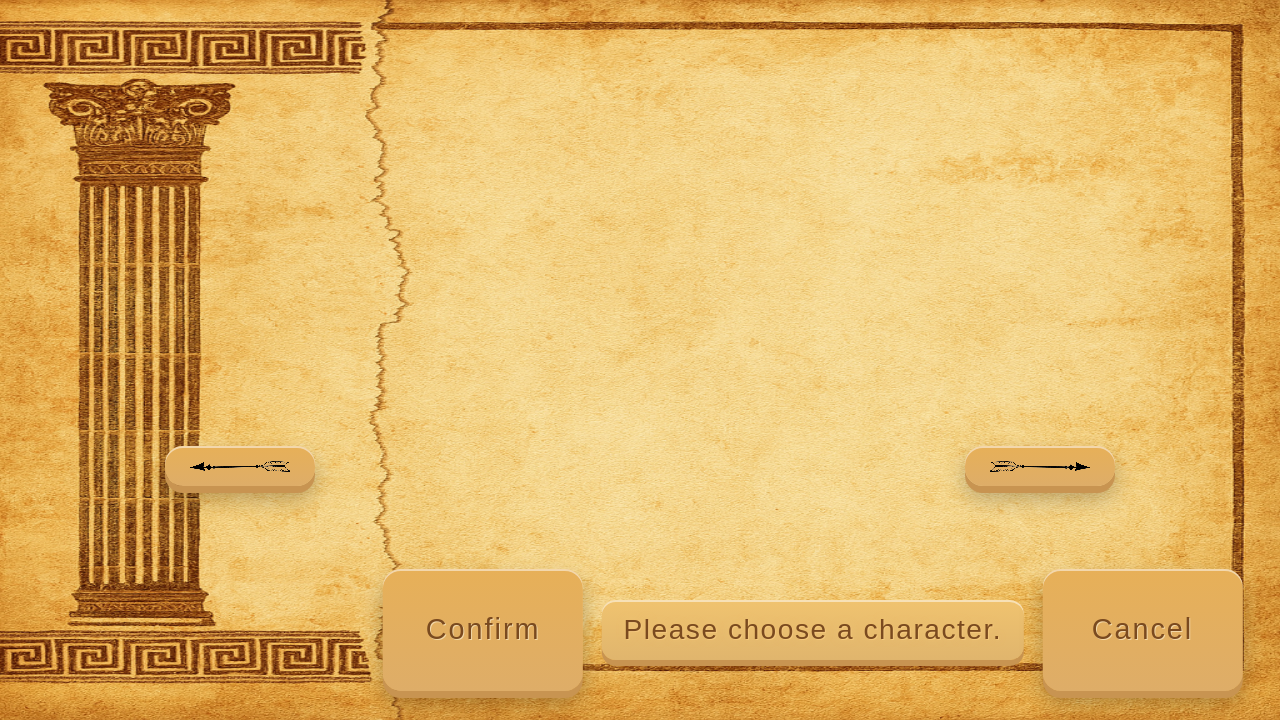
Repository: brianabariteau/Web-1-Final-Project-2025
Page: features/character-selection/character-selection.html
An editor plug-in stored every save of this project. The page is shown before and after the next save, followed by the edit.
The browser window is 1280 px wide. The pictures show the whole page.
The page's requests for data from a server got no answer. Some web fonts or font styles are not loaded; a fallback is used.

Above is the page before, as saved 2025-12-21 23:56:21.

### features/character-selection/character-selection.html
<!DOCTYPE html>
<html lang="en">
  <head>
    <meta charset="UTF-8" />
    <meta name="viewport" content="width=device-width, initial-scale=1.0" />
    <title>Player Selection</title>
    <link
      rel="icon"
      type="image/x-icon"
      href="../../assets/characters/zeus.png"
    />
    <link rel="stylesheet" href="./character-selection.css" />
    <script type="module" src="./character-selection.js" defer></script>
    <script
      src="https://code.jquery.com/jquery-3.7.1.min.js"
      integrity="sha256-/JqT3SQfawRcv/BIHPThkBvs0OEvtFFmqPF/lYI/Cxo="
      crossorigin="anonymous"
    ></script>
    <link
      href="https://fonts.googleapis.com/css2?family=Jersey+25&display=swap"
      rel="stylesheet"
    />
  </head>
  <body></body>
</html>

### features/character-selection/character-selection.css
/* -- General Page Layout -- */

body {
  margin: 0;
  padding: 0;
  width: 100vw;
  height: 100vh;
  overflow: hidden;

  display: flex;
  justify-content: center;
  align-items: center;

  position: relative;
  font-family: "Press Start 2P", monospace;
}

/* Full-screen background */
.background {
  position: absolute;
  inset: 0;
  width: 100%;
  height: 100%;
  z-index: -1;
}

/* -- Character Selector Grid [avatar1/2/3] -- */

.character-row {
  /*display: flex;
  justify-content: center;
  align-items: center;
  gap: 1rem;

  position: absolute;
  top: 10%;
  width: 100%;*/
  display: flex;
  justify-content: center;
  align-items: center;
  gap: 1rem;
  width: 100%;
  position: relative; /* not absolute */
}

/* All avatar boxes */
.avatar1,
.avatar2,
.avatar3 {
  /*width: 340px;
  height: 450px;*/
  width: min(28vw, 370px); /* 28% of viewport width, max 340px */
  height: min(28vw, 440px);

  background: transparent;
  border: none;
  padding: 0;

  position: relative;
  cursor: pointer;
  transition: transform 120ms ease;
}

.avatar1:hover,
.avatar2:hover,
.avatar3:hover {
  transform: scale(1.05);
}

/* The decorative box asset */
.background-boxes {
  position: absolute;
  inset: 0;
  width: 100%;
  height: 100%;
  object-fit: fill;
  z-index: 0;
  pointer-events: none;
}

/* If later you put the character image inside an avatar */
.player-avatar {
  position: relative;
  z-index: 1;
  width: 140px;
  height: auto;
  image-rendering: pixelated;
}

/* Info inside the avatar (optional) */
.player-info {
  position: relative;
  z-index: 2;
  color: brown;
  text-shadow: 2px 2px #000;
  font-size: 14px;
  text-align: left;
  margin-left: 10px;
}

/* ───────────── SCROLL ARROWS ABOVE TEXT BOX ───────────── */

.scroll-arrows {
  width: min(200vw, 950px); /* narrower than full screen */
  margin: 0 auto;
  display: flex;
  justify-content: space-between; /* left arrow on left, right arrow on right */
  align-items: center;

  padding: 0 5vw; /* adjusts how far arrows sit from edges */
  position: relative;
  z-index: 15;
  gap: 8rem;
}

/* =========================
   ARROW BUTTON BASE
========================= */
.left-arrow,
.right-arrow {
  width: 150px;
  height: 40px;

  background: linear-gradient(to bottom, #e7b058, #dead68);
  border-radius: 18px;
  border: none;

  display: flex;
  align-items: center;
  justify-content: center;

  cursor: pointer;

  box-shadow: inset 0 2px 0 rgba(255, 255, 255, 0.5), 0 7px 0 #c89451,
    0 12px 22px rgba(0, 0, 0, 0.25);

  transition: transform 0.15s ease, box-shadow 0.15s ease, filter 0.15s ease;
}

.left-arrow:hover,
.right-arrow:hover {
  filter: brightness(1.05);

  box-shadow: inset 0 2px 0 rgba(255, 255, 255, 0.6), 0 7px 0 #c89451,
    0 0 18px rgba(255, 210, 130, 0.7), 0 0 36px rgba(255, 200, 100, 0.4);
}

.left-arrow:active,
.right-arrow:active {
  transform: translateY(5px);

  box-shadow: inset 0 2px 0 rgba(255, 255, 255, 0.4), 0 3px 0 #c89451;
}

.arrowImg {
  width: 100px;
  height: auto;
  image-rendering: pixelated;
  pointer-events: none;
}

.switch-characters {
  display: flex;
  flex-direction: column;
  align-items: center;
  gap: 1rem; /* space between avatars and arrows */

  width: min(90vw, 1200px);
  position: absolute;
  top: 10%;
  width: 100%;
}

/* Every stat becomes a tooltip target */
.stat {
  position: relative;
  cursor: help;
}

/* Tooltip bubble */
.stat:hover::after {
  content: attr(data-info);
  position: absolute;
  left: 50%;
  bottom: 120%;
  transform: translateX(-50%);

  width: max-content;
  max-width: 220px;

  background: rgba(0, 0, 0, 0.9);
  color: white;
  padding: 8px 10px;
  border-radius: 6px;
  font-size: 10px;
  line-height: 1.2;
  text-shadow: none;

  pointer-events: none;
  z-index: 999;
}

/* Tooltip arrow */
.stat:hover::before {
  content: "";
  position: absolute;
  left: 50%;
  bottom: 110%;
  transform: translateX(-50%);

  border-width: 6px;
  border-style: solid;
  border-color: rgba(0, 0, 0, 0.9) transparent transparent transparent;

  z-index: 998;
}

/* ───────────── TEXT BOX (your .box image) ───────────── */

.bottom-panel {
  position: absolute;
  /*bottom: -3%;  how far from bottom of screen */
  bottom: 4%;
  left: 60%;
  /*transform: translateX(-30%);  center horizontally */
  transform: translateX(-45%);

  width: min(70vw, 900px);
  /*width: 40%;  adjust width as needed */
  /*max-width: 900px; */

  display: grid;
  grid-template-columns: 1fr auto 1fr; /* left | center | right */
  align-items: center;
  justify-items: center;
  margin: 0;

  z-index: 10;
}

.box {
  font-size: clamp(1.4rem, 2.2vw, 2rem);
  color: #7a4a1f;
  letter-spacing: 1.5px;

  text-shadow: 1px 1px 0 #f4c87d, 0 0 8px rgba(255, 210, 130, 0.35);

  background: linear-gradient(to bottom, #f0c36f, #e0b56d);
  padding: 14px 22px;
  border-radius: 14px;

  box-shadow: inset 0 2px 0 rgba(255, 255, 255, 0.5), 0 6px 0 #c89451;

  pointer-events: none;
}

/* ───────────── CONFIRM + CANCEL BUTTONS ───────────── */

.button-left,
.button-right {
  display: flex;
  justify-content: center;
  align-items: center;
}

.buttons {
  display: flex;
  gap: 0rem; /* spacing between confirm/cancel */
  position: relative; /* NOT absolute */
  z-index: 10;
}

.confirm,
.cancel {
  min-width: 200px;
  padding: 16px 30px;

  background: linear-gradient(to bottom, #e7b058, #dead68);
  border: none;
  border-radius: 18px;

  cursor: pointer;

  box-shadow: inset 0 2px 0 rgba(255, 255, 255, 0.5), 0 7px 0 #c89451,
    0 12px 22px rgba(0, 0, 0, 0.25);

  transition: transform 0.15s ease, box-shadow 0.15s ease, filter 0.15s ease;
}

.confirm p,
.cancel p {
  font-size: 1.8rem;
  letter-spacing: 2px;
  color: #7a4a1f;

  text-shadow: 1px 1px 0 #f3d8a8;
}

.confirm:hover,
.cancel:hover {
  filter: brightness(1.05);

  box-shadow: inset 0 2px 0 rgba(255, 255, 255, 0.6), 0 7px 0 #c89451,
    0 0 18px rgba(255, 210, 130, 0.7), 0 0 36px rgba(255, 200, 100, 0.4);
}

.confirm:active,
.cancel:active {
  transform: translateY(5px);

  box-shadow: inset 0 2px 0 rgba(255, 255, 255, 0.4), 0 3px 0 #c89451;
}

/* Position them near bottom-right like your drawing */
.cancel {
  right: 10%;
}

/* ───────────── CHARACTERS ───────────── */
.character {
  position: relative;
  z-index: 10; /* ensures text appears above the background box */
  color: rgb(133, 74, 18);
  justify-items: center;
  text-align: center;
  display: flex;
  object-fit: contain;
  /*padding: 12px 20px;*/
  padding-top: 50px;
  width: 100%;
  height: 100%;
  font-family: "Press Start 2P", monospace; /* matches your game font */
  text-shadow: 2px 2px 0px #ffffff; /* retro look */
}

.inner-character {
  width: 100%; /* smaller than full box so borders show */
  height: 70%; /* keep some space top/bottom */
  padding: 0.4rem; /* small internal padding */
  box-sizing: border-box;

  display: flex;
  flex-direction: column;
  align-items: center;
  justify-content: flex-start;
  gap: 0.1rem; /* tiny gaps between lines */

  overflow-y: auto; /* <-- important: scroll if too tall */
  scrollbar-width: none;
  -ms-overflow-style: none;
}
.character-inner::-webkit-scrollbar {
  display: none;
}

.character-inner h3 {
  margin: 0 0 4px 0;
  font-size: clamp(12px, 1.3vw, 16px);
}

.character-inner p {
  margin: 1px 0;
  font-size: clamp(10px, 1.1vw, 13px);
  line-height: 1.1;
}

/* Smaller sprite so it doesn't eat all vertical space */
.character-inner .character-img {
  width: 90px;
  height: auto;
  margin-bottom: 6px;
}

.character h3 {
  margin: 0 0 10px 0;
  /*font-size: 18px;*/
  font-size: clamp(14px, 1.6vw, 18px);
  letter-spacing: 1px;
}

.character p,
.powers-list {
  font-size: clamp(12px, 1.3vw, 14px);
}

.character p {
  margin: 3px 0;
  /*font-size: 14px;*/
  line-height: 1.2;
}

.powers-list {
  margin: 4px 0 0 16px;
  padding: 0;
  list-style-type: none;
  /*font-size: 14px;*/
}

.character-img {
  display: block;
  margin: 0 auto 10px auto; /* center horizontally + space underneath */
  width: 120px; /* adjust size */
  height: auto;
  image-rendering: pixelated;
  z-index: 5;
  pointer-events: none;
  background: transparent;
}

@media (max-width: 900px) {
  .character-row {
    flex-direction: column;
    top: 4%;
    gap: 0.5rem;
  }

  .avatar1,
  .avatar2,
  .avatar3 {
    width: 80vw;
  }
}

@media (max-width: 900px) {
  .bottom-panel {
    bottom: 2%;
    width: 90vw;
    grid-template-columns: auto;
    row-gap: 0.5rem;
  }

  .buttonImg {
    width: 120px;
  }
}

@media (max-width: 600px) {
  .arrowImg {
    width: 80px;
  }

  .scroll-arrows {
    gap: 1.5rem;
    bottom: 30%;
  }
}

@media (max-width: 600px) {
  .confirm,
  .cancel {
    min-width: 160px;
    padding: 14px 22px;
  }

  .confirm p,
  .cancel p {
    font-size: 1.4rem;
  }

  .box {
    font-size: 1.3rem;
  }
}

@media (max-width: 600px) {
  .left-arrow,
  .right-arrow {
    width: 70px;
    height: 70px;
  }

  .arrowImg {
    width: 32px;
  }
}

/* UI elements use same font as Start / Mode pages */
.confirm,
.cancel,
.box {
  font-family: "Jersey 25", sans-serif;
}

### features/character-selection/character-selection.js
"use strict";

import { fetchCharacters } from "../../services/character-api.js";
import { sortCharacters } from "../../utils/character-sorters.js";
let singlePlayer = localStorage.getItem("single player");
let multiPlayer = localStorage.getItem("multiplayer");

let characters = [];
let currentIndex = 0;

// * Player selection stuff
let selectedPlayer = null;

// * The Background Image
const background = $("<img>")
  .addClass("background")
  .attr("src", "./assets/parchment-background.png")
  .attr("alt", "Background");

// * Characters
function renderCharacters(character) {
  let powersList = "";

  if (Array.isArray(character.powers) && character.powers.length > 0) {
    for (const power of character.powers) {
      powersList += `<li>${power}</li>`;
    }
  } else {
    powersList = `<li>No Powers</li>`;
  }

  return `
    <div class="character">
      <div class="inner-character">
        <img class="character-img" src="${character.imgSrc}" alt="${character.name}"/>
        <h3 class="stat" data-info="${character.tier} - ${character.tierName}">${character.name}</h3>
        <p>HP: ${character.stats.hp}</p>
        <p>Attack: ${character.stats.attack}</p>
        <p>Defense: ${character.stats.defense}</p>
        <p>Speed: ${character.stats.speed}</p>
        <p>Power: ${character.stats.power}</p>
        <p>Resilience: ${character.stats.resilience}</p>
        <p>Stamina: ${character.stats.stamina}</p>
        <p class="stat" data-info="${character.stats.masteryDesc}">Domain Mastery: ${character.stats.domainMastery}</p>
        <p class="stat" data-info="${character.stats.traitDesc}">Special Trait: ${character.stats.specialTrait}</p>
      </div>
    </div>
  `;
}

// * All Characters
const characterRow = $("<div>").addClass("character-row");

// * Arrows + Avatars Div
const switchCharacters = $("<div>").addClass("switch-characters");

// * Avatar 1
const avatar1 = $("<button>").addClass("avatar1");
const avatar1BackgroundBox = $("<img>")
  .addClass("background-boxes")
  .attr("src", "./assets/parchment-box.png")
  .attr("alt", "Background Boxes");

$(avatar1).on("click", () => {
  const first = characters[currentIndex];
  selectCharacter(avatar1, first);
});

// * Avatar 2
const avatar2 = $("<button>").addClass("avatar2");
const avatar2BackgroundBox = $("<img>")
  .addClass("background-boxes")
  .attr("src", "./assets/parchment-box.png")
  .attr("alt", "Background Boxes");

$(avatar2).on("click", () => {
  const second = characters[(currentIndex + 1) % characters.length];
  selectCharacter(avatar2, second);
});

// * Avatar 3
const avatar3 = $("<button>").addClass("avatar3");
const avatar3BackgroundBox = $("<img>")
  .addClass("background-boxes")
  .attr("src", "./assets/parchment-box.png")
  .attr("alt", "Background Boxes");

$(avatar3).on("click", () => {
  const third = characters[(currentIndex + 2) % characters.length];
  selectCharacter(avatar3, third);
});

$(characterRow).append(avatar1, avatar2, avatar3);

function updateAvatarsDisplay() {
  if (!Array.isArray(characters) || characters.length === 0) return;

  const second = characters[(currentIndex + 1) % characters.length];
  const first = characters[currentIndex];
  const third = characters[(currentIndex + 2) % characters.length];

  $(avatar1).html(renderCharacters(first));
  $(avatar2).html(renderCharacters(second));
  $(avatar3).html(renderCharacters(third));

  $(avatar1).append(avatar1BackgroundBox.clone());
  $(avatar2).append(avatar2BackgroundBox.clone());
  $(avatar3).append(avatar3BackgroundBox.clone());
}

async function loadCharacters() {
  characters = await fetchCharacters();
  characters = sortCharacters(characters);
  currentIndex = 0;
  updateAvatarsDisplay();
}

function selectCharacter(avatarElement, character) {
  $(".avatar1, .avatar2, .avatar3").removeClass("selected");
  $(avatarElement).addClass("selected");
  selectedPlayer = character;
}

// * Text Box + Buttons
const bottomPanel = $("<div>").addClass("bottom-panel");

/*
// * Text Box Image
const textBox = $("<img>")
  .addClass("box")
  .attr("src", "./assets/choose-character-text.png")
  .attr("alt", "Text Box"); */
const textBox = $("<p>").addClass("box").text("Please choose a character.");

// * Buttons
const leftButton = $("<div>").addClass("left-button");
const rightButton = $("<div>").addClass("right-button");

// * Confirm Button
const confirmButton = $("<button>").addClass("confirm");
const confirmText = $("<p>").text("Confirm");
/*const confirmImg = $("<img>")
  .addClass("buttonImg")
  .attr("src", "./assets/parchment-confirm-button.png")
  .attr("alt", "Confirm Button Image");  */

$(confirmButton).append(confirmText);
$(confirmButton).on("click", () => {
  if (!selectedPlayer) {
    alert("Please select a character first!");
    return;
  }

  localStorage.setItem("selectedCharacter", JSON.stringify(selectedPlayer));

  window.location.href = "../main-menu/main-menu.html";
});

// * Cancel Button
const cancelButton = $("<button>").addClass("cancel");
const cancelText = $("<p>").text("Cancel");
/*const cancelImg = $("<img>")
  .addClass("buttonImg")
  .attr("src", "./assets/parchment-cancel-button.png")
  .attr("alt", "Cancel Button Image"); */

$(cancelButton).append(cancelText);
$(cancelButton).on("click", () => {
  if (selectedPlayer === null) {
    window.location.href = "../main-menu/index.html";
  }

  selectedPlayer = null;
  $(avatar1).css("box-shadow", "none");
  $(avatar2).css("box-shadow", "none");
  $(avatar3).css("box-shadow", "none");
});

leftButton.append(confirmButton);
$(rightButton).append(cancelButton);
$(bottomPanel).append(confirmButton, textBox, cancelButton);

// * Scroll Arrows
const scrollArrows = $("<div>").addClass("scroll-arrows");

// * Left Arrow
const leftArrow = $("<button>").addClass("left-arrow");
const leftArrowImg = $("<img>")
  .addClass("arrowImg")
  .attr("src", "./assets/left-arrow.png")
  .attr("alt", "Left Arrow");

$(leftArrow).on("click", () => {
  currentIndex = (currentIndex - 1 + characters.length) % characters.length;
  selectedPlayer = null;
  $(avatar1).css("box-shadow", "none");
  $(avatar2).css("box-shadow", "none");
  $(avatar3).css("box-shadow", "none");
  updateAvatarsDisplay();
});
$(leftArrow).append(leftArrowImg);

// * Right Arrow
const rightArrow = $("<button>").addClass("right-arrow");
const rightArrowImg = $("<img>")
  .addClass("arrowImg")
  .attr("src", "./assets/right-arrow.png")
  .attr("alt", "Right Arrow");

$(rightArrow).on("click", () => {
  currentIndex = (currentIndex + 1) % characters.length;
  selectedPlayer = null;
  $(avatar1).css("box-shadow", "none");
  $(avatar2).css("box-shadow", "none");
  $(avatar3).css("box-shadow", "none");
  updateAvatarsDisplay();
});
$(rightArrow).append(rightArrowImg);

$(scrollArrows).append(leftArrow, rightArrow);
$(switchCharacters).append(characterRow, scrollArrows);

$("body").append(background, switchCharacters, bottomPanel);

loadCharacters();

### utils/character-sorters.js
"use strict";
export function sortCharacters(characters) {
  return characters.sort((characterA, characterB) => {
    const scoreA =
      characterA.stats.attack * 2 +
      characterA.stats.power * 2 +
      characterA.stats.defense +
      characterA.stats.hp +
      characterA.stats.speed;

    const scoreB =
      characterB.stats.attack * 2 +
      characterB.stats.power * 2 +
      characterB.stats.defense +
      characterB.stats.hp +
      characterB.stats.speed;

    return scoreB - scoreA;
  });
}

Loaded but not shown: services/character-api.js (396 lines, source omitted)

After the next save:
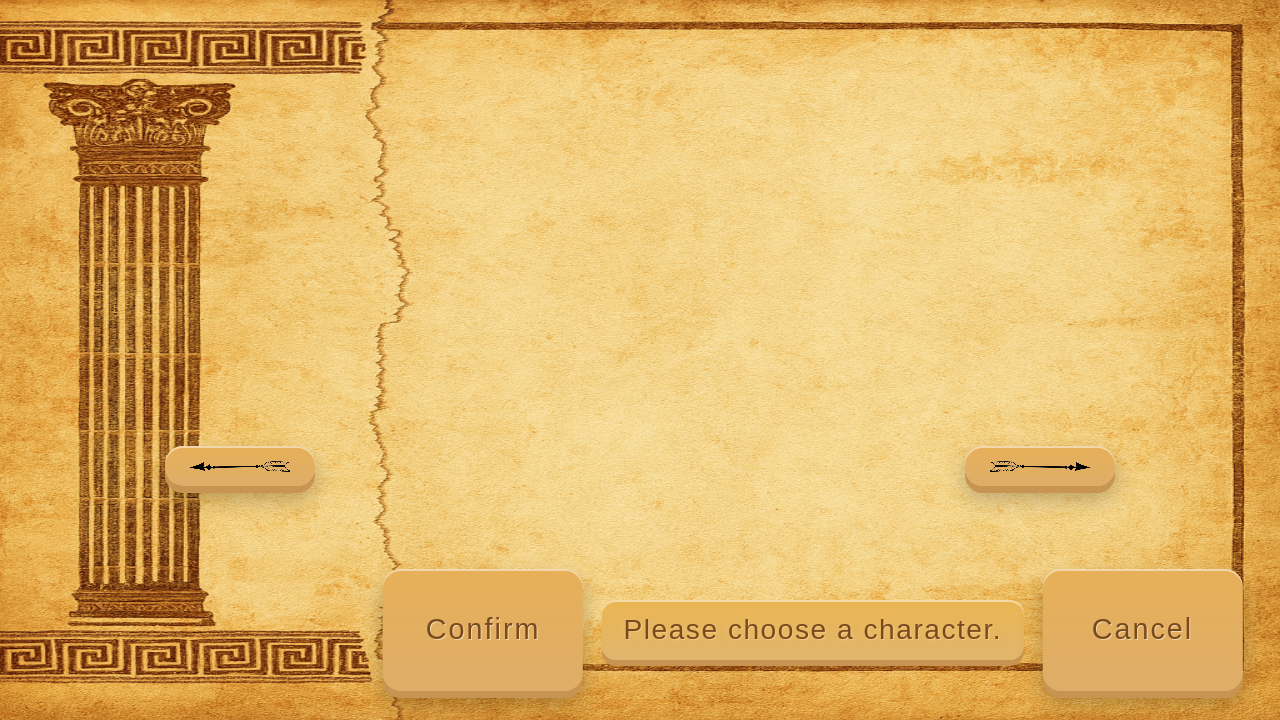
Saved 5 s later.
--- a/features/character-selection/character-selection.css
+++ b/features/character-selection/character-selection.css
@@ -245,7 +245,7 @@ body {
 
   text-shadow: 1px 1px 0 #f4c87d, 0 0 8px rgba(255, 210, 130, 0.35);
 
-  background: linear-gradient(to bottom, #f0c36f, #e0b56d);
+  background: linear-gradient(to bottom, #ebb652, #e0b56d);
   padding: 14px 22px;
   border-radius: 14px;
 
